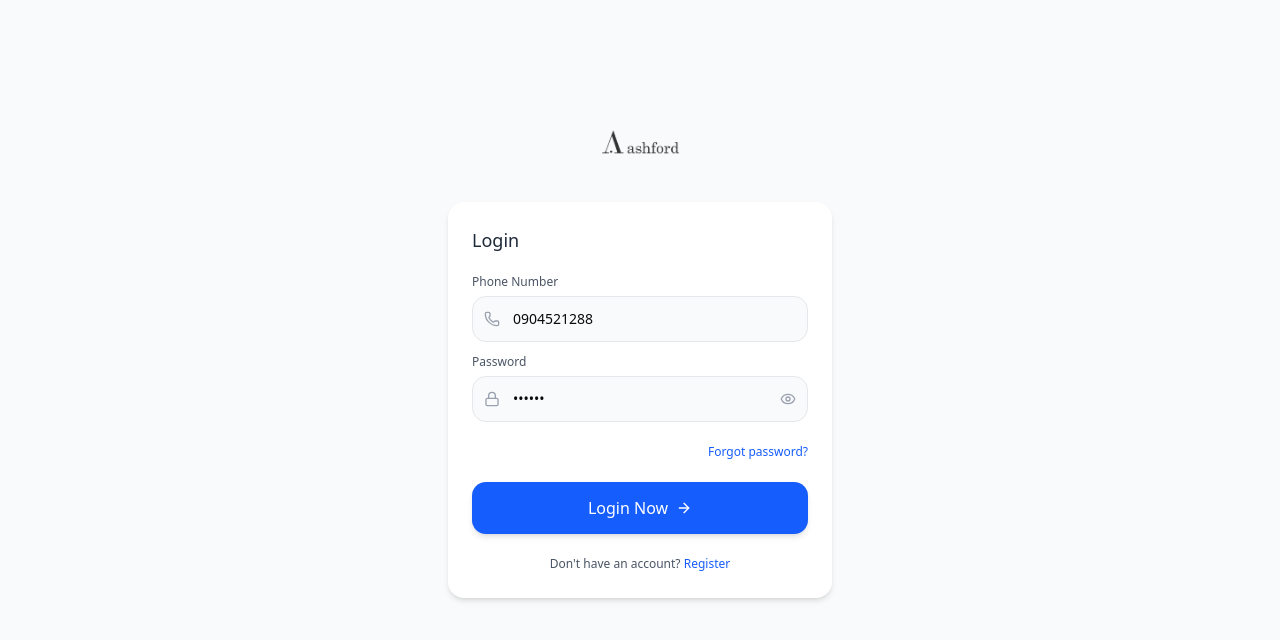
Repository: vthuan-dev/bufforder
Page: / (app in frontend/)
These files come from the project's save history. The page is drawn as it stood at one moment and after the next save; the edit follows.
The browser window is 1280 px wide. The pictures show the whole page.
The project was rebuilt for these pictures with package versions that can differ from the ones it lists, and the page was loaded fresh each time. Also part of the build but not shown: frontend/vite.config.ts, frontend/src/components/BottomNav.tsx, frontend/src/components/ui/sonner.tsx.

Above is the page before, as saved 2025-10-23 23:03:52.

After the next save:
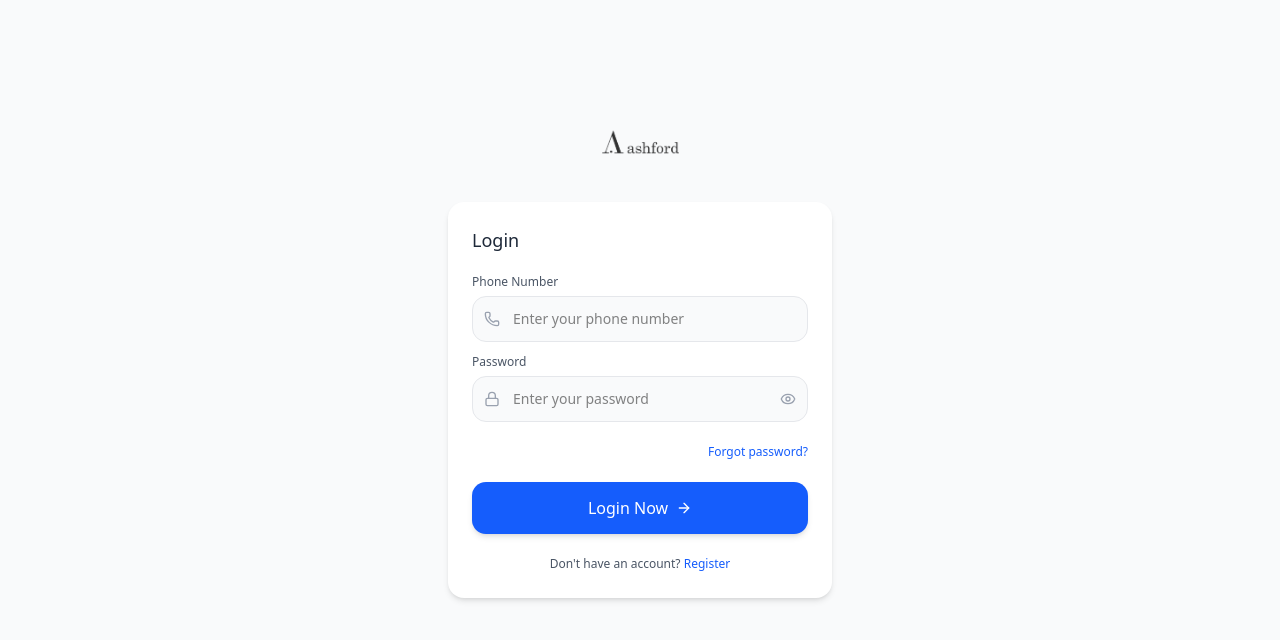
Saved 7 min 38 s later.
--- a/frontend/src/components/LoginPage.tsx
+++ b/frontend/src/components/LoginPage.tsx
@@ -11,8 +11,8 @@ interface LoginPageProps {
 }
 
 export function LoginPage({ onLogin, onSwitchToRegister, onSwitchToAdmin }: LoginPageProps) {
-  const [phone, setPhone] = useState("0904521288");
-  const [password, setPassword] = useState("111111");
+  const [phone, setPhone] = useState("");
+  const [password, setPassword] = useState("");
   const [showPassword, setShowPassword] = useState(false);
   const [isLoading, setIsLoading] = useState(false);
   const [error, setError] = useState("");
